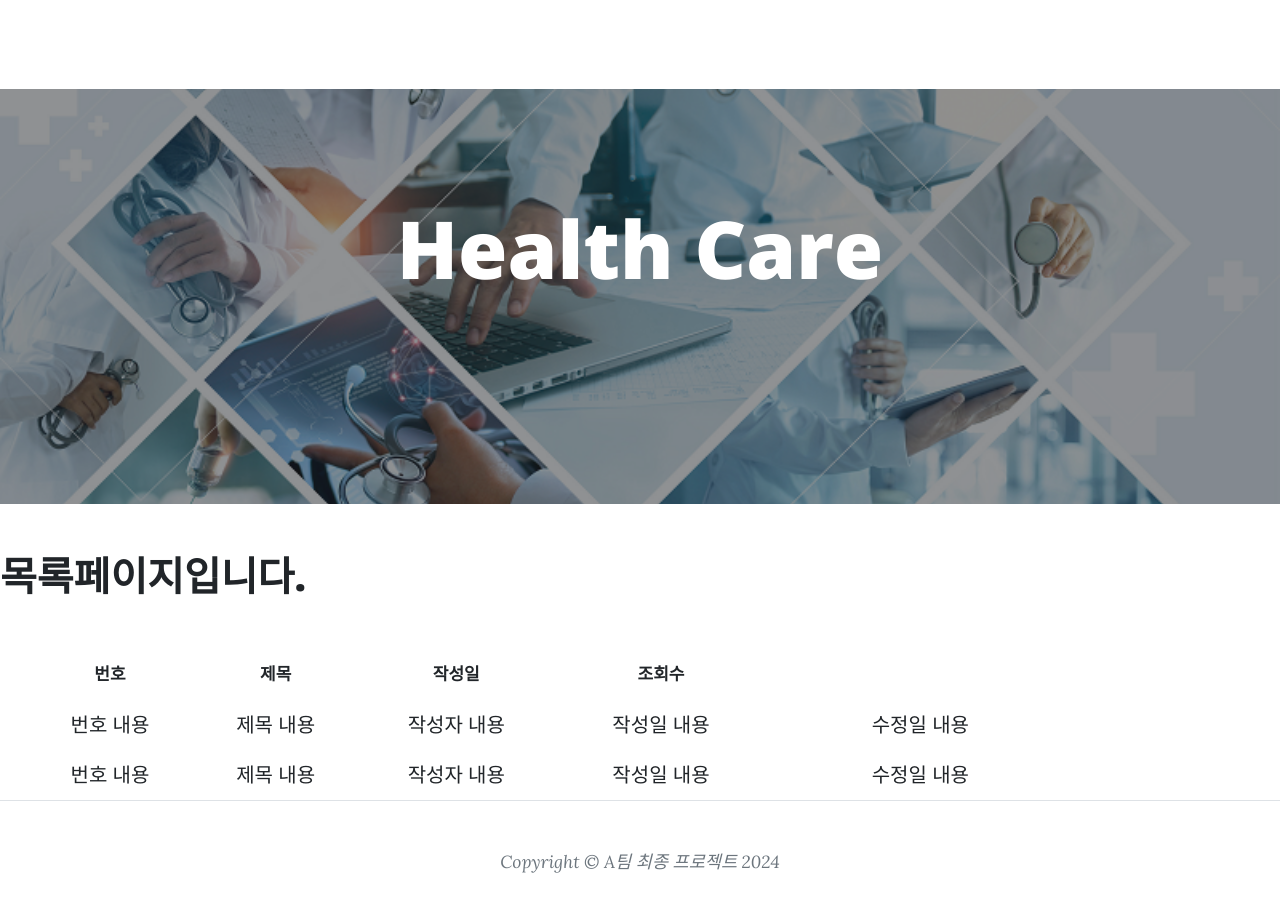
Repository: honsb91/project
Page: http://localhost/hospital/admin/notice.jsp
The author's editor kept a copy of each file at every save. The page is drawn from the files as they stood at one save, then again after the next save.
The browser window is 1280 px wide. The pictures show the whole page.
Some web libraries are served in a nearby version. The page is served by Tomcat 9. Nobody is signed in. The application's start-up code is not run. The template is opened directly, without the code that normally fills it, so the values that code supplies are empty.

Above is the page before, as saved 2024-02-05 03:33:11.

After the next save:
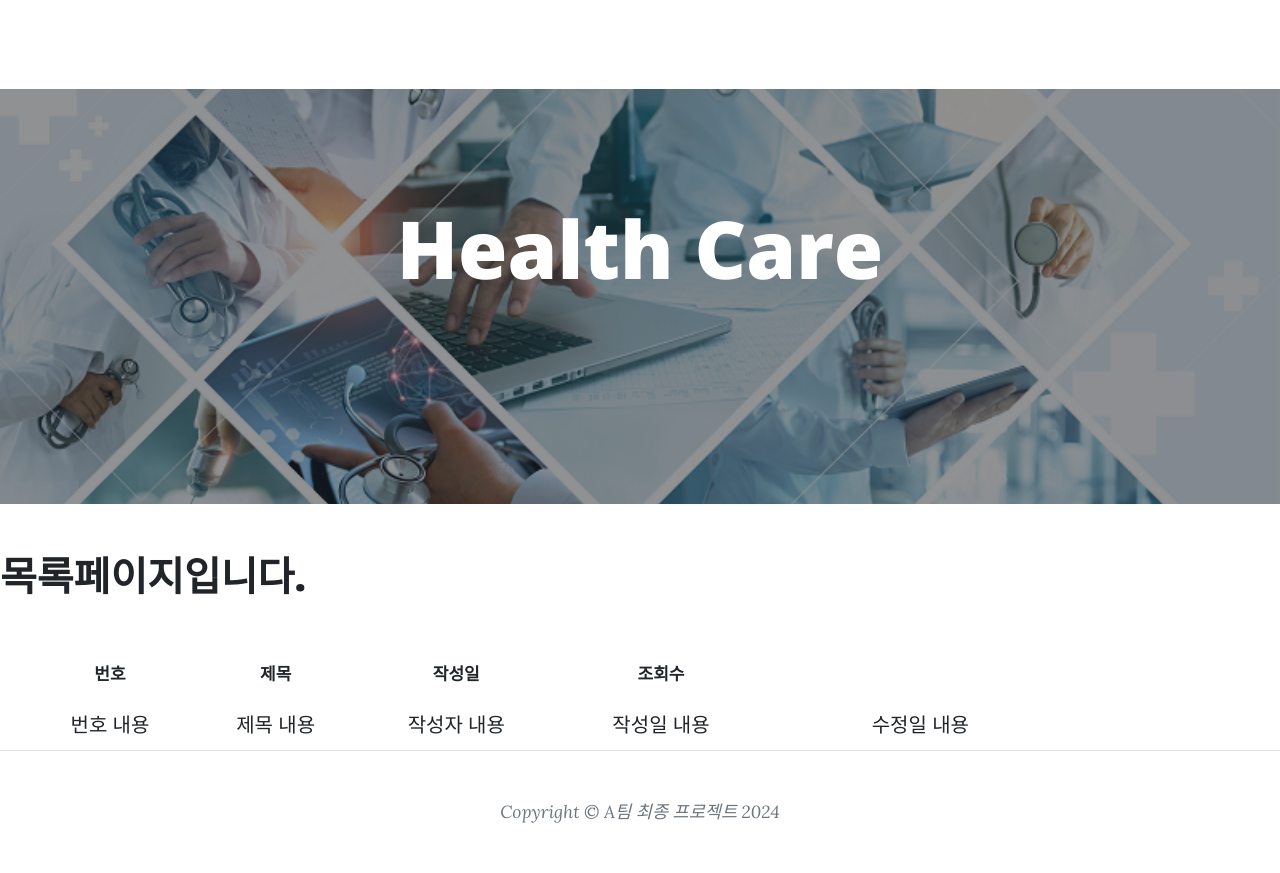
Saved 49 s later.
--- a/hospital/src/main/webapp/admin/notice.jsp
+++ b/hospital/src/main/webapp/admin/notice.jsp
@@ -78,13 +78,6 @@
 				<td>작성일 내용</td>
 				<td>수정일 내용</td>
 			</tr>
-			<tr>
-				<td>번호 내용</td>
-				<td>제목 내용</td>
-				<td>작성자 내용</td>
-				<td>작성일 내용</td>
-				<td>수정일 내용</td>
-			</tr>
 	</table>
 </div>
 
